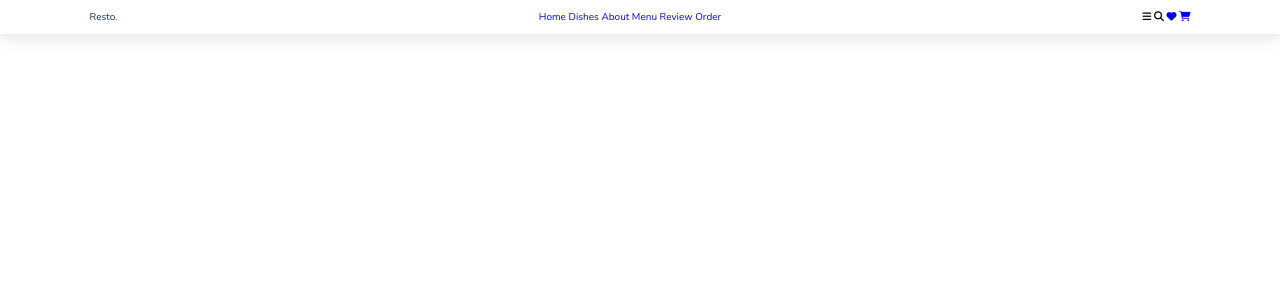
Repository: CarsonDev1/FoodWeb
Page: index.html
The author's editor kept a copy of each file at every save. The page is drawn from the files as they stood at one save, then again after the next save.
The browser window is 1280 px wide. The pictures show the whole page.
Some web libraries are served in a nearby version.

Above is the page before, as saved 2022-05-18 17:47:32.

### index.html
<!DOCTYPE html>
<html lang="en">
  <head>
    <meta charset="UTF-8" />
    <meta http-equiv="X-UA-Compatible" content="IE=edge" />
    <meta name="viewport" content="width=device-width, initial-scale=1.0" />
    <title>Document</title>
    <!-- CSS link -->
    <link rel="stylesheet" href="./css/style.css" />
    <!-- Google font -->
    <link rel="preconnect" href="https://fonts.googleapis.com" />
    <link rel="preconnect" href="https://fonts.gstatic.com" crossorigin />
    <link
      href="https://fonts.googleapis.com/css2?family=DM+Sans:wght@700&family=Manrope:wght@400;700;800&family=Nunito:wght@200;300;400;600;700&display=swap"
      rel="stylesheet"
    />
    <!-- font awesome cdn link -->
    <link
      rel="stylesheet"
      href="https://cdnjs.cloudflare.com/ajax/libs/font-awesome/6.1.1/css/all.min.css"
    />
  </head>
  <body>
    <!-- Header section start -->
    <header>
      <a href="#" class="logo"><i class="fas-fa-untensils"></i>resto.</a>
      <nav class="navbar">
        <a href="#home">home</a>
        <a href="#dishes">dishes</a>
        <a href="#about">about</a>
        <a href="#menu">menu</a>
        <a href="#review">review</a>
        <a href="#order">order</a>
      </nav>
      <div class="icons">
        <i class="fas fa-bars" id="bars"></i>
        <i class="fas fa-search" id="search-icon"></i>
        <a href="#" class="fas fa-heart"></a>
        <a href="#" class="fas fa-shopping-cart"></a>
      </div>
    </header>
    <!-- Header section end -->
    <!-- JS file link -->
    <script src="./js/app.js"></script>
  </body>
</html>

### css/style.css
:root {
  --green: #27ae60;
  --black: #192a56;
  --light-color: #666;
  --box-shadow: 0 0.5rem 1.5rem rgba(0, 0, 0, 0.1);
}
* {
  font-family: "Nunito", sans-serif;
  margin: 0;
  padding: 0;
  box-sizing: border-box;
  text-decoration: none;
  outline: none;
  border: none;
  text-transform: capitalize;
  transition: all 0.2s linear;
}
html {
  font-size: 62.5%;
  overflow-x: hidden;
  scroll-padding-top: 5.5rem;
  scroll-behavior: smooth;
}
header {
  position: fixed;
  top: 0;
  left: 0;
  right: 0;
  background: #fff;
  padding: 1rem 7%;
  display: flex;
  align-items: center;
  justify-content: space-between;
  z-index: 1000;
  box-shadow: var(--box-shadow);
}
header .logo {
  color: var(--black);
}

Loaded but not shown: js/app.js (no copy from this time; the picture is the same without it)

After the next save:
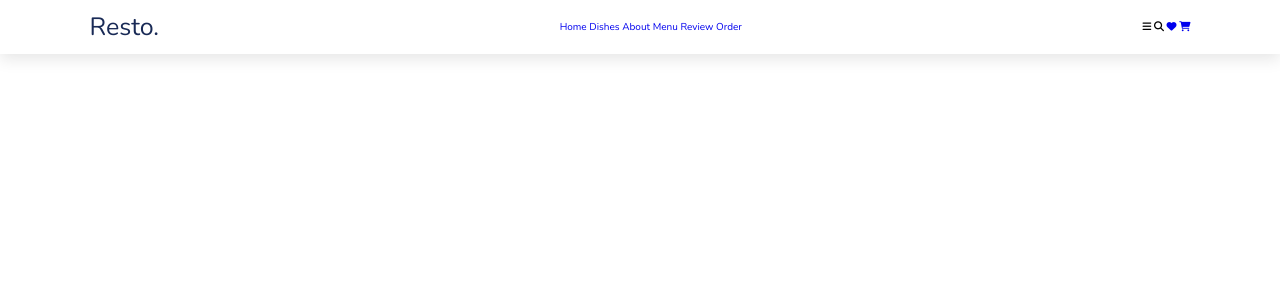
Saved 12 s later.
--- a/css/style.css
+++ b/css/style.css
@@ -36,4 +36,5 @@ header {
 }
 header .logo {
   color: var(--black);
+  font-size: 2.5rem;
 }
